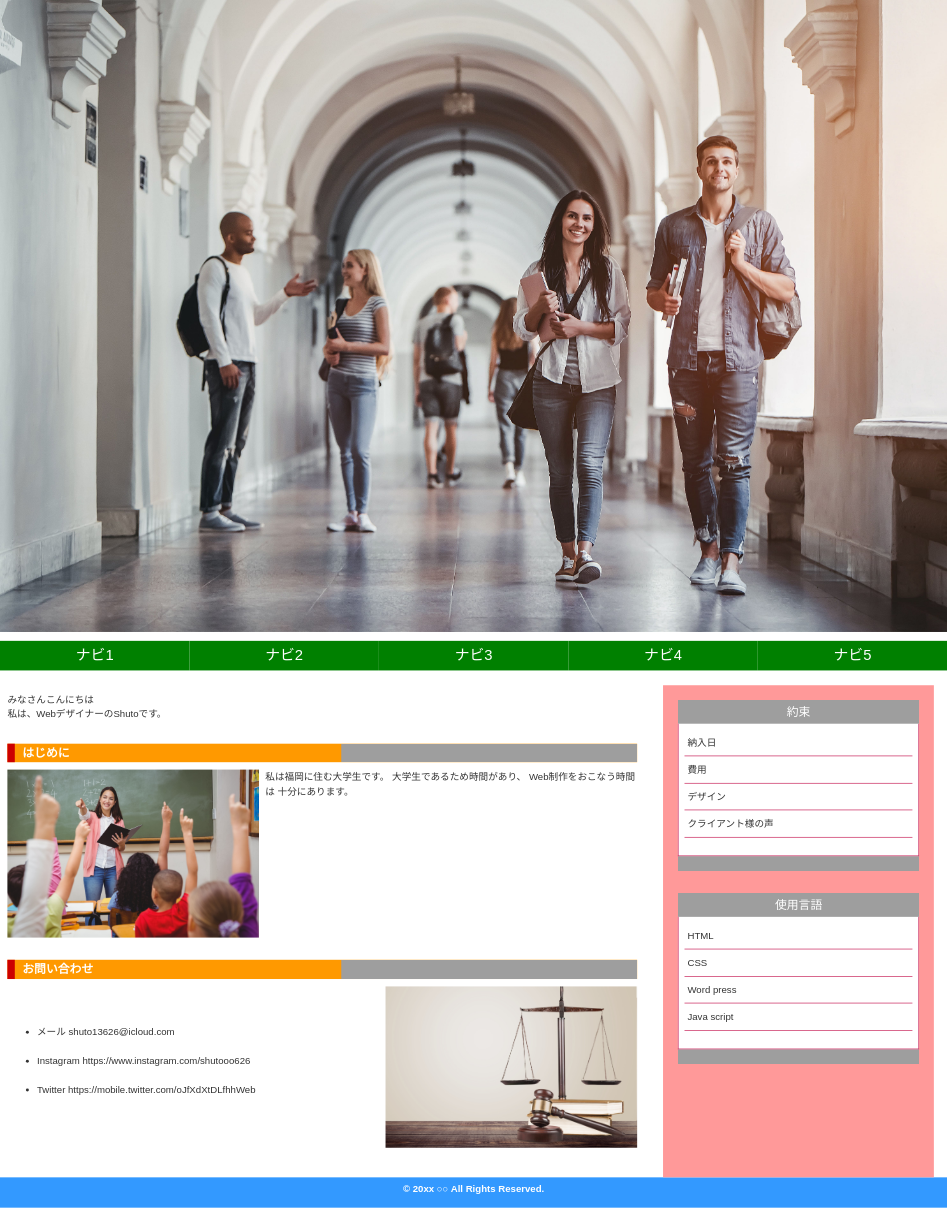
Repository: shuto-nakayama/samurai_HTML-CSS
Page: index7.html
The author's editor kept a record of every edit. The page is drawn from the files as they stood at one moment, then again after the next edit.
The browser window is 1280 px wide. The pictures show the whole page, at 74% of full size.
Pictures or frames that could not be fetched are drawn as grey boxes.

Above is the page before.

After the next edit:
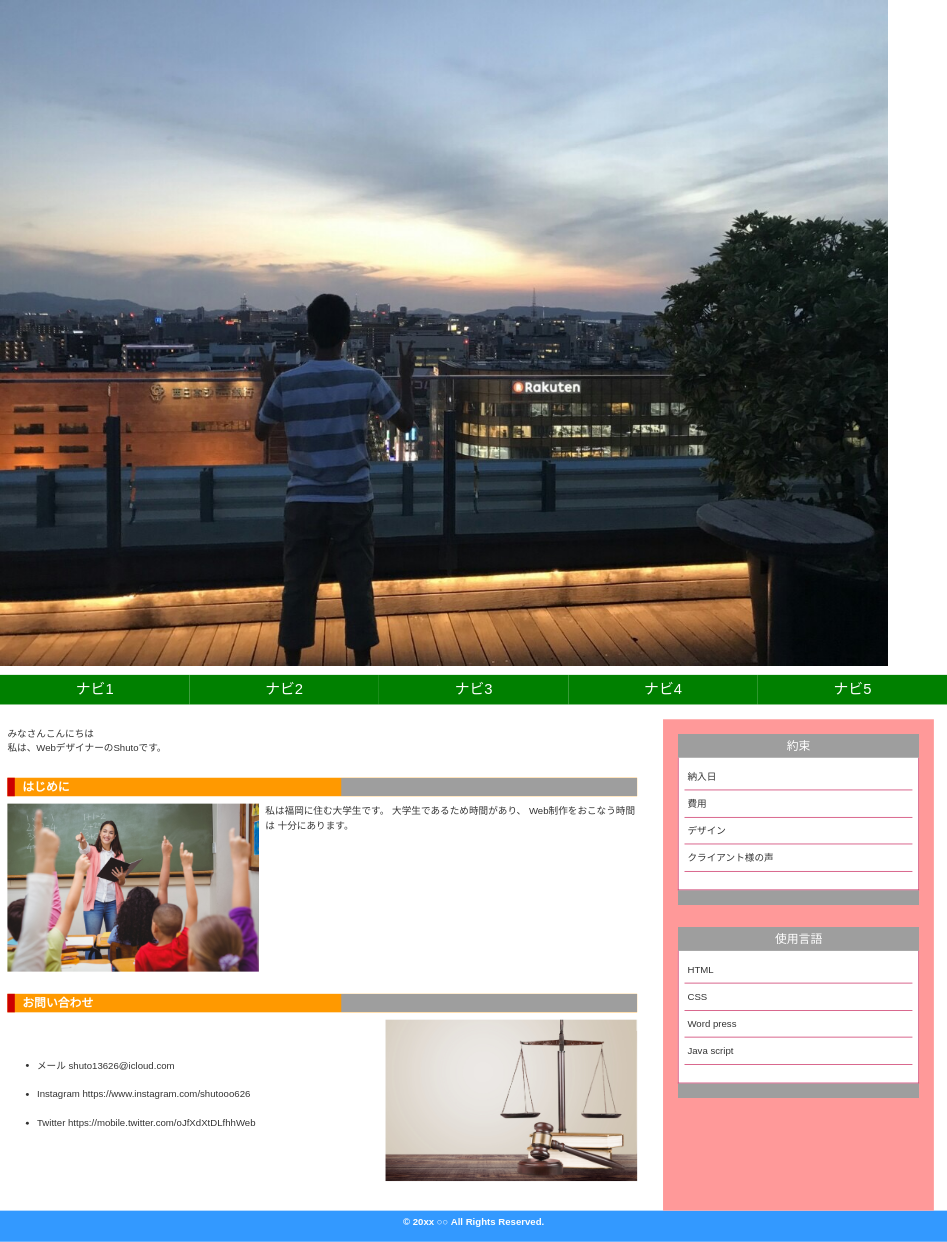
The edit:
--- a/index7.html
+++ b/index7.html
@@ -7,7 +7,7 @@
     </head>
     <body>
         <div id="header">
-            <h1><a href="index.html"><img id="corridor" src="images/corridor.jpg" alt="大学の廊下" /></a></h1>
+            <h1><a href="index.html"><img id="picture" src="images/picture.jpeg" alt="大学の廊下" /></a></h1>
         </div>
         <div id="wrapper">
             <div id="nav">
